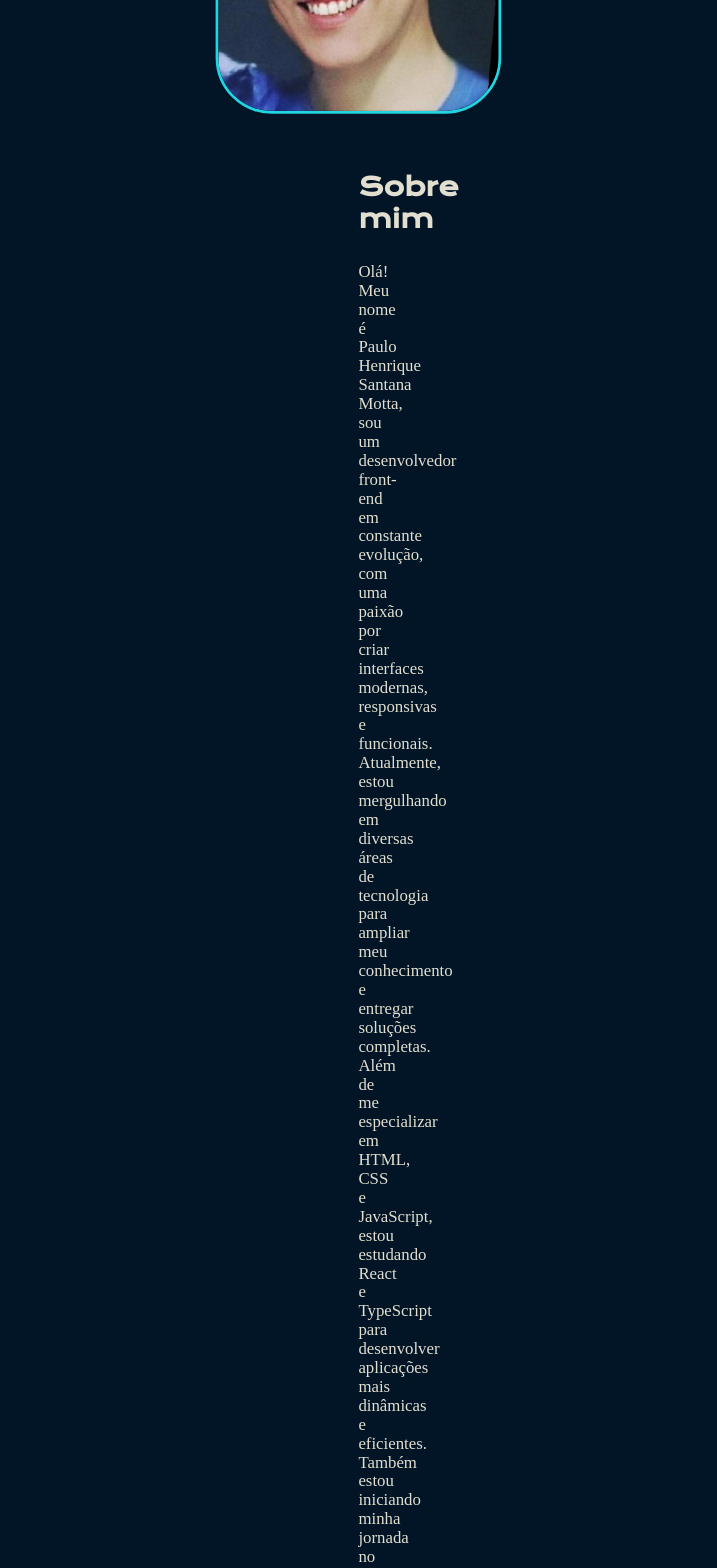
Repository: phsmottanerd/projeto-portfolio-alura
Page: about.html
These files come from the project's save history. The page is drawn as it stood at one moment and after the next save; the edit follows.
The browser window is 1024 px wide. The pictures show the part of the page from y = 528 to 2768 px (the page is 6636 px tall before and 1542 px after), at 70% of full size.

Above is the page before, as saved 2025-01-30 02:19:33.

### about.html
<!DOCTYPE html>
<html lang="pt-BR">
<head>
    <meta charset="UTF-8">
    <meta name="viewport" content="width=device-width, initial-scale=1.0">
   <link rel="stylesheet" href="./estilos/style.css">
    <title>Sobre mim</title>
</head>
<body>
<header class="cabecalho">
    <nav class="cabecalho__menu">
        <a class="cabecalho__menu__link" href="index.html">Home</a>
        <a class="cabecalho__menu__link" href="about.html">Sobre Nós</a>

      </nav>
</header>
<main class="apresentacao">
<section class="apresentacao__conteudo">

    <h1 class="apresentacao__conteudo__titulo">Sobre mim</h1>
<p class="apresentacao__conteudo__texto">Olá! Meu nome é Paulo Henrique Santana Motta, sou um desenvolvedor front-end em constante evolução, com uma paixão por criar interfaces modernas, responsivas e funcionais.

    Atualmente, estou mergulhando em diversas áreas de tecnologia para ampliar meu conhecimento e entregar soluções completas. Além de me especializar em HTML, CSS e JavaScript, estou estudando React e TypeScript para desenvolver aplicações mais dinâmicas e eficientes. Também estou iniciando minha jornada no desenvolvimento mobile com foco na criação de aplicativos Android.

    Tenho orgulho de participar do One Oracle, um projeto inovador em parceria com a Alura, onde estou desenvolvendo minhas habilidades em back-end e explorando o fascinante mundo da inteligência artificial (IA). Este projeto tem sido uma experiência transformadora, permitindo-me expandir minhas competências e colaborar em soluções que unem tecnologia e inovação.

    Meus projetos incluem:

    X-Devs: Um site inspirado no universo dos quadrinhos.
    Tributo ao Mario: Uma landing page criativa e responsiva.
    One Piece Store: Loja virtual com design interativo e responsivo.
    Tesla-Clone: Um clone moderno da página inicial da Tesla.</p>
    HTML
    <p class="apresentacao__conteudo__texto">Tecnologias que aprendi e estou aprendendo:
    CSS
    JavaScript
    EJS
    React (em progresso)
    TypeScript (em progresso)
    Python
    Desenvolvimento Android (em progresso)
    Back-End (via One Oracle) (em progresso)
    Inteligência Artificial (IA) (em progresso)</p>
</section>

<img class="apresentacao__imagem" src="./img/1722867171561.jpg" alt="Paulo Henrique Santana Motta  programando" />
</main>
<footer class="rodape">
    <p>Desenvolvido por Paulo Henrique Santana Motta</p>


</footer>

</body>
</html>

### estilos/style.css
@import url("https://fonts.googleapis.com/css2?family=Krona+One&family=Montserrat:wght@400;600&display=swap");

:root {
  --cor-primaria: #021526;
  --cor-secundaria: #E2DFD0;
  --cor-terciaria:#FF8400;
  --cor-hover: #FF8400;

  --font-primaria: "Krona One", sans-serif;
   --font-secundaria:"Montserrat", sans-serif;


}

* {
  margin: 0;
  padding: 0;
}

body {
  box-sizing: border-box;
  background-color: var(--cor-primaria);
  color: var(--cor-secundaria);
}
.cabecalho {
  padding: 2% 0% 0% 15%;

}
.cabecalho__menu {
  display: flex;
  gap: 80px;
}

.cabecalho__menu__link {
  font-family: var(----font-secundaria);
  font-size: 1.5rem;
  font-weight: 600;
  color: var(--cor-terciaria);
  text-decoration: none;
}

.titulo-destaque {
  color: var(--cor-terciaria);
}

.apresentacao {
  padding: 5% 15%;
  display: flex;
  align-items: center;
  justify-content: space-between;
  gap:82px;
}
.apresentacao__conteudo {
  width: 50%;
  display: flex;
  flex-direction: column;
  gap: 40px;
}

.apresentacao__conteudo__titulo {
  font-size: 2.25rem;
  font-family: var(--font-primaria);
}

.apresentacao__conteudo__texto {
  font-size: 1.5rem;
  font-family: var(----font-secundaria);
}

.apresentacao__links {
  display: flex;
  flex-direction: column;
  justify-content: space-between;
  align-items: center;
  gap: 32px;
}
.apresentacao__links__subtitulo {
  font-family: "Krona One", sans-serif;
  font-weight: 400;
  font-size: 1.5rem;
}
.apresentacao__links__navegacao {
  /* background-color: #22D4FD; */
  justify-content: center;
  gap: 16px;
  display: flex;
  border: 2px solid var(--cor-terciaria);
  width: 50%;
  text-align: center;
  border-radius: 8px;
  font-size: 1.5rem;
  font-weight: 600;
  padding: 21.5px 0;
  text-decoration: none;
  color: #f6f6f6;
  font-family: "Montserrat", sans-serif;
}
.apresentacao__links__link:hover {
  background-color: var(--cor-hover);
}
.apresentacao__imagem{

  width: 50%;
}
.rodape {
  padding: 24px;
  color: #000;
  background-color: var(--cor-terciaria);
  text-align: center;
  font-family: "Montsearrat", sans-serif;
  font-size: 1.5rem;
  font-weight: 400;
}
.apresentacao__imagem  {
  border-radius: 80px;
  border: 4px solid #22d4Df;
  width: 400px;
  heighit: 400px;

}
@media(max-width: 1200px){
.cabecalho{
  padding: 10%;
}
.cabecalho__menu{
justify-content:center;
}
  .apresentacao{
flex-direction:column-reverse;
padding:5%;

}
.apresentacao__conteudo{

  width:0;
}

After the next save:
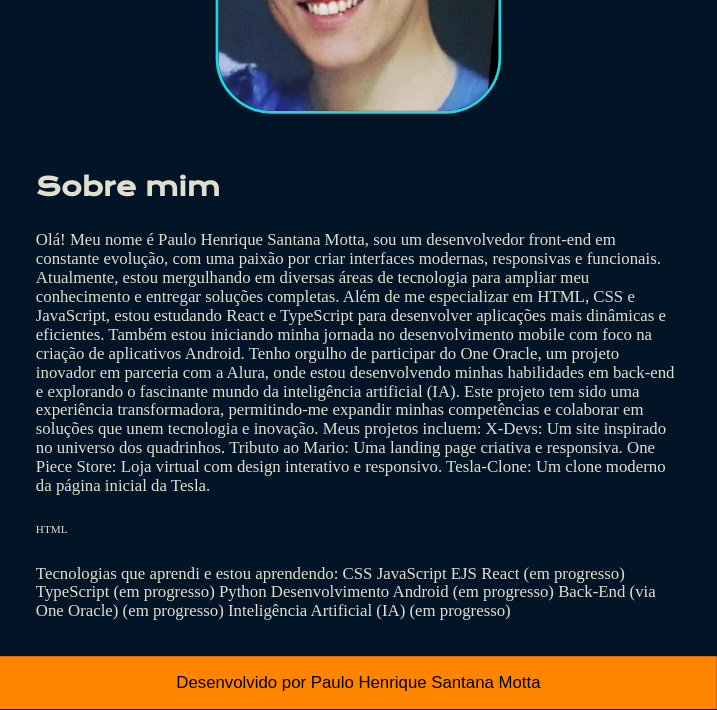
Saved 28 s later.
--- a/estilos/style.css
+++ b/estilos/style.css
@@ -132,5 +132,6 @@ padding:5%;
 }
 .apresentacao__conteudo{
 
-  width:0;
+  width:auto;
+
 }
